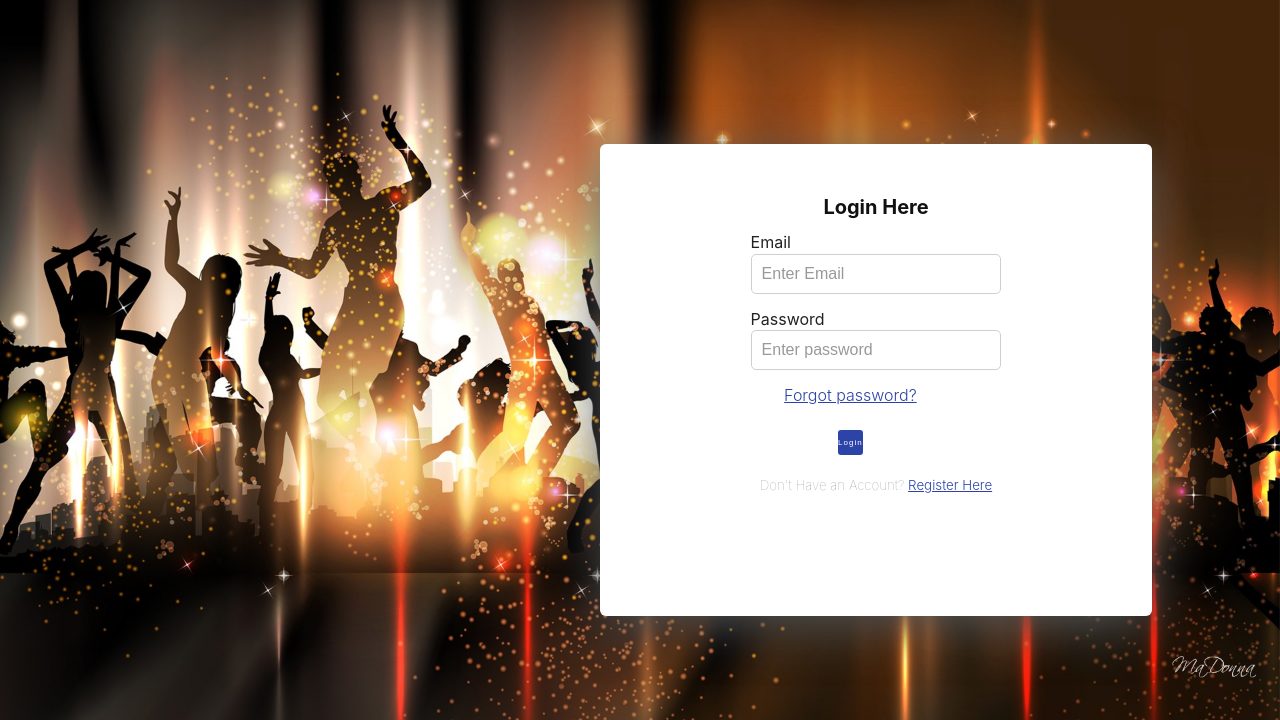
Repository: Fortune-Labs/Event-management-system-CapstoneG3
Page: /login (app in frontend/)
An editor plug-in stored every save of this project. The page is shown before and after the next save, followed by the edit.
The browser window is 1280 px wide. The pictures show the whole page.
The project was rebuilt for these pictures with package versions that can differ from the ones it lists, and the page was loaded fresh each time. Also part of the build but not shown: frontend/src/components/LoginSignup/errorMessages.js, frontend/src/components/LoginSignup/register.jsx, frontend/src/components/LoginSignup/verificationCode.jsx, frontend/src/components/LoginSignup/passwordReset.jsx.

Above is the page before, as saved 2020-09-09 13:19:02.

After the next save:
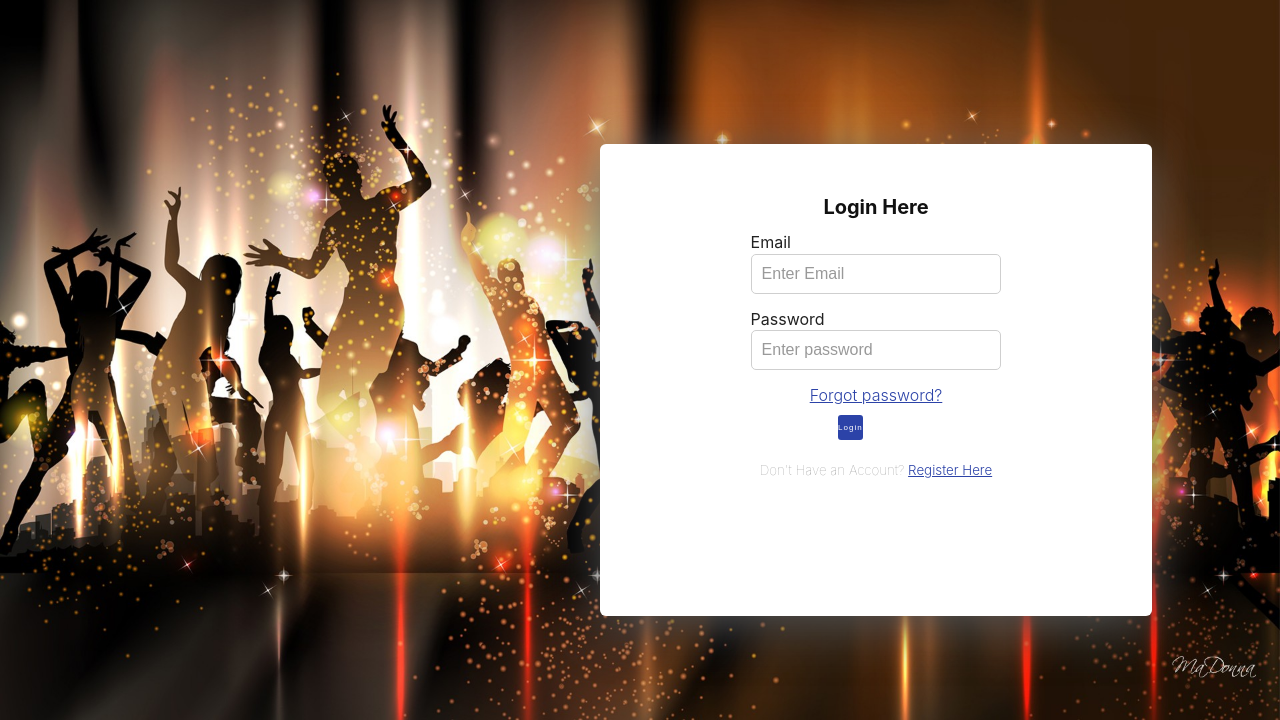
Saved 79 s later.
--- a/frontend/src/components/LoginSignup/login.jsx
+++ b/frontend/src/components/LoginSignup/login.jsx
@@ -24,11 +24,11 @@ class Login extends Component {
                 required
               ></input>
             </div>
-            <div className="pwd-reset">
-              <Link to="/passwordReset" className="forgot">
-                Forgot password?
-              </Link>
-            </div>
+
+            <Link to="/passwordReset" className="forgot">
+              Forgot password?
+            </Link>
+
             <div className="login">
               <button className="btn">Login</button>
             </div>
